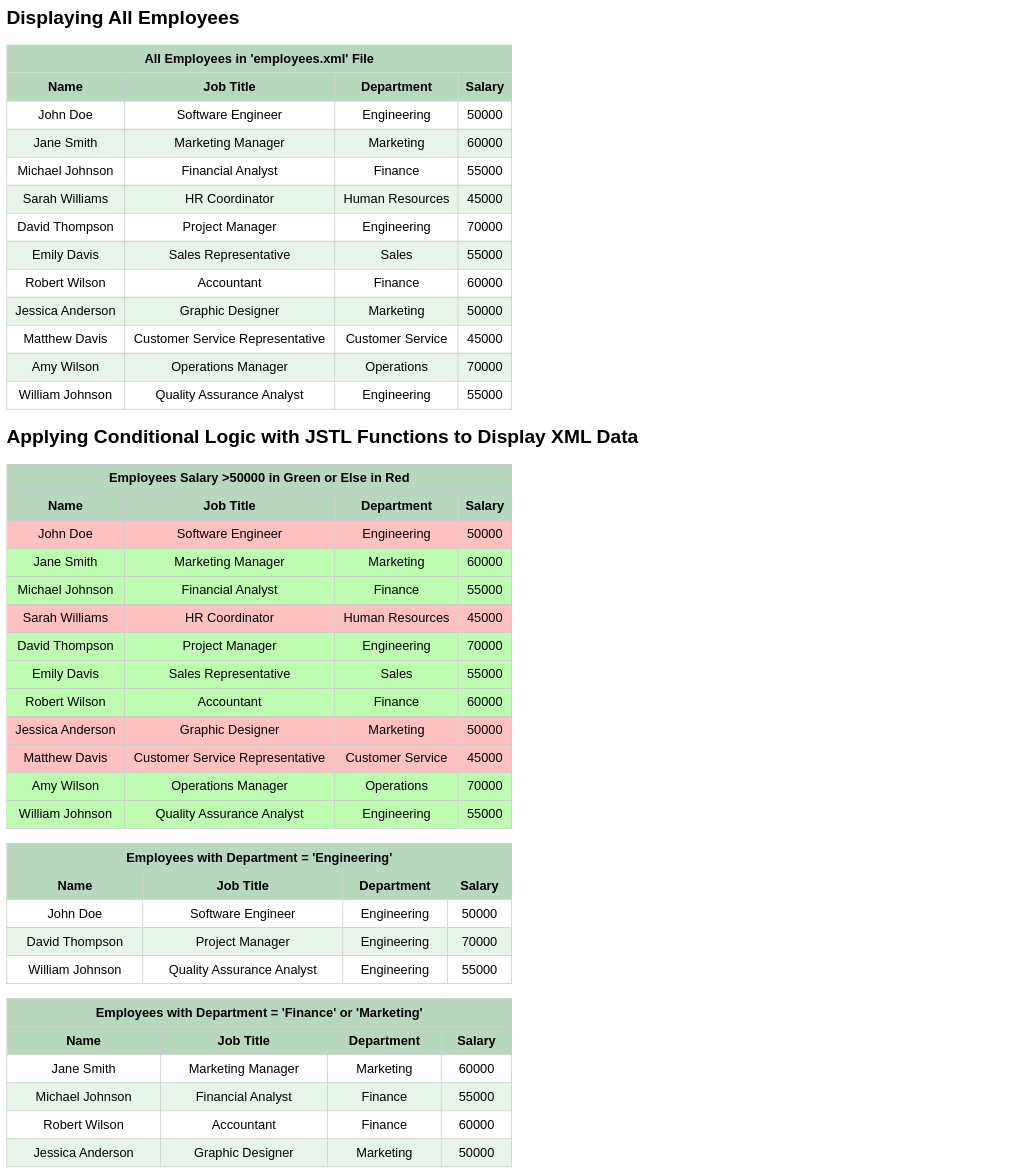
Repository: bkyncl/csd-430
Page: http://localhost/kyncl_mod9/
An editor plug-in stored every save of this project. The page is shown before and after the next save, followed by the edit.
The browser window is 1280 px wide. The pictures show the whole page, at 80% of full size.
The page is served by Tomcat 9.

Above is the page before, as saved 2023-07-05 06:40:37.

### kyncl_mod9/src/main/webapp/index.jsp
<%--
index.jsp
Module 9 assignment
Name: Brittany Kyncl
Date: 7.5.22
Course: CSD430
File to example the usage the usage of JSTL and XPath to parse XML data,
iterate over XML elements, apply conditional logic, and display the data in with customized styling.
Context purpose is to parse the XML file 'employees.xml' containing
employees data, and display it in tabular format. The file incorporates JSTL tags and functions
to manipulate the XML data and apply conditional logic for displaying the data based on various criteria.

--%>
<%@ page language="java" contentType="text/html; charset=ISO-8859-1" pageEncoding="ISO-8859-1"%>
<%@taglib uri="http://java.sun.com/jsp/jstl/core" prefix="c"%>
<%@taglib uri="http://java.sun.com/jsp/jstl/xml" prefix="x"%>
<html>
<head>
	<title>Parsing employees.xml</title>
	<link rel="stylesheet" type="text/css" href="styles.css">
</head>
<body>
	<c:import url="employees.xml" var="employeeData"/>
	<x:parse doc="${employeeData}" var="dom"/>

	<h2>Displaying All Employees</h2>
	<table border="1">
		<tr>
			<th colspan="4">All Employees in 'employees.xml' File</th>
		</tr>
		<tr>
			 <th>Name</th>
			 <th>Job Title</th>
			 <th>Department</th>
			 <th>Salary</th>
		</tr>
		<x:forEach var="employee" select="$dom/employees/employee">
		<%-- Displaying the details of each employee --%>
		<tr>
		  	<td><x:out select="$employee/name"/></td>
			<td><x:out select="$employee/jobTitle"/></td>
			<td><x:out select="$employee/department"/></td>
			<td><x:out select="$employee/salary"/></td>

		</x:forEach>
	</table>

	<h2>Applying Conditional Logic with JSTL Functions to Display XML Data</h2>
	<table border="1">
	    <tr>
	        <th colspan="4">Employees Salary >50000 in Green or Else in Red</th>
	    </tr>
	    <tr>
	        <th>Name</th>
	        <th>Job Title</th>
	        <th>Department</th>
	        <th>Salary</th>
	    </tr>
	    <x:forEach var="employee" select="$dom/employees/employee">
	        <x:choose>
	        	<%-- Applying styling to employees with salary > 50000 --%>
	            <x:when select="$employee/salary>50000">
	                <tr style="background-color: #BDFCB1;">
	                    <td><x:out select="$employee/name"/></td>
	                    <td><x:out select="$employee/jobTitle"/></td>
	                    <td><x:out select="$employee/department"/></td>
	                    <td><x:out select="$employee/salary"/></td>
	                </tr>
	            </x:when>
	            <%-- Applying styling to employees with salary <= 50000 --%>
	            <x:when select="$employee/salary<=50000">
	                <tr style="background-color: #FFC0C0;">
	                    <td><x:out select="$employee/name"/></td>
	                    <td><x:out select="$employee/jobTitle"/></td>
	                    <td><x:out select="$employee/department"/></td>
	                    <td><x:out select="$employee/salary"/></td>
	                </tr>
	            </x:when>
	            <%-- Displaying employees without any styling for otherwise clause (just in case conditions not met) --%>
	            <x:otherwise>
	                <tr>
	                    <td><x:out select="$employee/name"/></td>
	                    <td><x:out select="$employee/jobTitle"/></td>
	                    <td><x:out select="$employee/department"/></td>
	                    <td><x:out select="$employee/salary"/></td>
	                </tr>
	            </x:otherwise>
	        </x:choose>
	    </x:forEach>
	</table>
    <br>
    <table border="1">
	    <tr>
	        <th colspan="4">Employees with Department = 'Engineering'</th>
	    </tr>
	    <tr>
	        <th>Name</th>
	        <th>Job Title</th>
	        <th>Department</th>
	        <th>Salary</th>
	    </tr>
	    <x:forEach var="employee" select="$dom/employees/employee">
	        <x:choose>
	        	<%-- Filtering and displaying employees with the department value 'Engineering' --%>
	            <x:when select="$employee/department='Engineering'">
	                <tr>
	                    <td><x:out select="$employee/name"/></td>
	                    <td><x:out select="$employee/jobTitle"/></td>
	                    <td><x:out select="$employee/department"/></td>
	                    <td><x:out select="$employee/salary"/></td>
	                </tr>
	            </x:when>
	        </x:choose>
	    </x:forEach>
	</table>
	<br>
	<table border="1">
	    <tr>
	        <th colspan="4">Employees with Department = 'Finance' or 'Marketing'</th>
	    </tr>
	    <tr>
	        <th>Name</th>
	        <th>Job Title</th>
	        <th>Department</th>
	        <th>Salary</th>
	    </tr>
	    <x:forEach var="employee" select="$dom/employees/employee">
	        <x:choose>
	        	<%-- Filtering and displaying employees with the department values 'Finance' or 'Marketing' --%>
	            <x:when select="$employee/department='Finance' or $employee/department='Marketing'">
	                <tr>
	                    <td><x:out select="$employee/name"/></td>
	                    <td><x:out select="$employee/jobTitle"/></td>
	                    <td><x:out select="$employee/department"/></td>
	                    <td><x:out select="$employee/salary"/></td>
	                </tr>
	            </x:when>
	        </x:choose>
	    </x:forEach>
	</table>
</body>
</html>

### kyncl_mod9/src/main/webapp/employees.xml
<?xml version="1.0" encoding="UTF-8"?>
<employees>
  <employee>
    <name>John Doe</name>
    <jobTitle>Software Engineer</jobTitle>
    <department>Engineering</department>
    <salary>50000</salary>
  </employee>
  <employee>
    <name>Jane Smith</name>
    <jobTitle>Marketing Manager</jobTitle>
    <department>Marketing</department>
    <salary>60000</salary>
  </employee>
  <employee>
    <name>Michael Johnson</name>
    <jobTitle>Financial Analyst</jobTitle>
    <department>Finance</department>
    <salary>55000</salary>
  </employee>
  <employee>
    <name>Sarah Williams</name>
    <jobTitle>HR Coordinator</jobTitle>
    <department>Human Resources</department>
    <salary>45000</salary>
  </employee>
  <employee>
    <name>David Thompson</name>
    <jobTitle>Project Manager</jobTitle>
    <department>Engineering</department>
    <salary>70000</salary>
  </employee>
  <employee>
    <name>Emily Davis</name>
    <jobTitle>Sales Representative</jobTitle>
    <department>Sales</department>
    <salary>55000</salary>
  </employee>
  <employee>
    <name>Robert Wilson</name>
    <jobTitle>Accountant</jobTitle>
    <department>Finance</department>
    <salary>60000</salary>
  </employee>
  <employee>
    <name>Jessica Anderson</name>
    <jobTitle>Graphic Designer</jobTitle>
    <department>Marketing</department>
    <salary>50000</salary>
  </employee>
  <employee>
    <name>Matthew Davis</name>
    <jobTitle>Customer Service Representative</jobTitle>
    <department>Customer Service</department>
    <salary>45000</salary>
  </employee>
  <employee>
    <name>Amy Wilson</name>
    <jobTitle>Operations Manager</jobTitle>
    <department>Operations</department>
    <salary>70000</salary>
  </employee>
  <employee>
    <name>William Johnson</name>
    <jobTitle>Quality Assurance Analyst</jobTitle>
    <department>Engineering</department>
    <salary>55000</salary>
  </employee>
</employees>

### kyncl_mod9/src/main/webapp/styles.css
/* Table styles */
body {
  font-family: Arial, sans-serif;
}
table {
  width: 50%;
  border-collapse: collapse;
}
table tr:nth-child(even) {
  background-color: #e8f4ea; /* Replace with your desired color */
}

table th, table td {
  padding: 8px;
  text-align: center;
  border: 1px solid #ccc;
}

table th {
  background-color: #b8d8be;
}

After the next save:
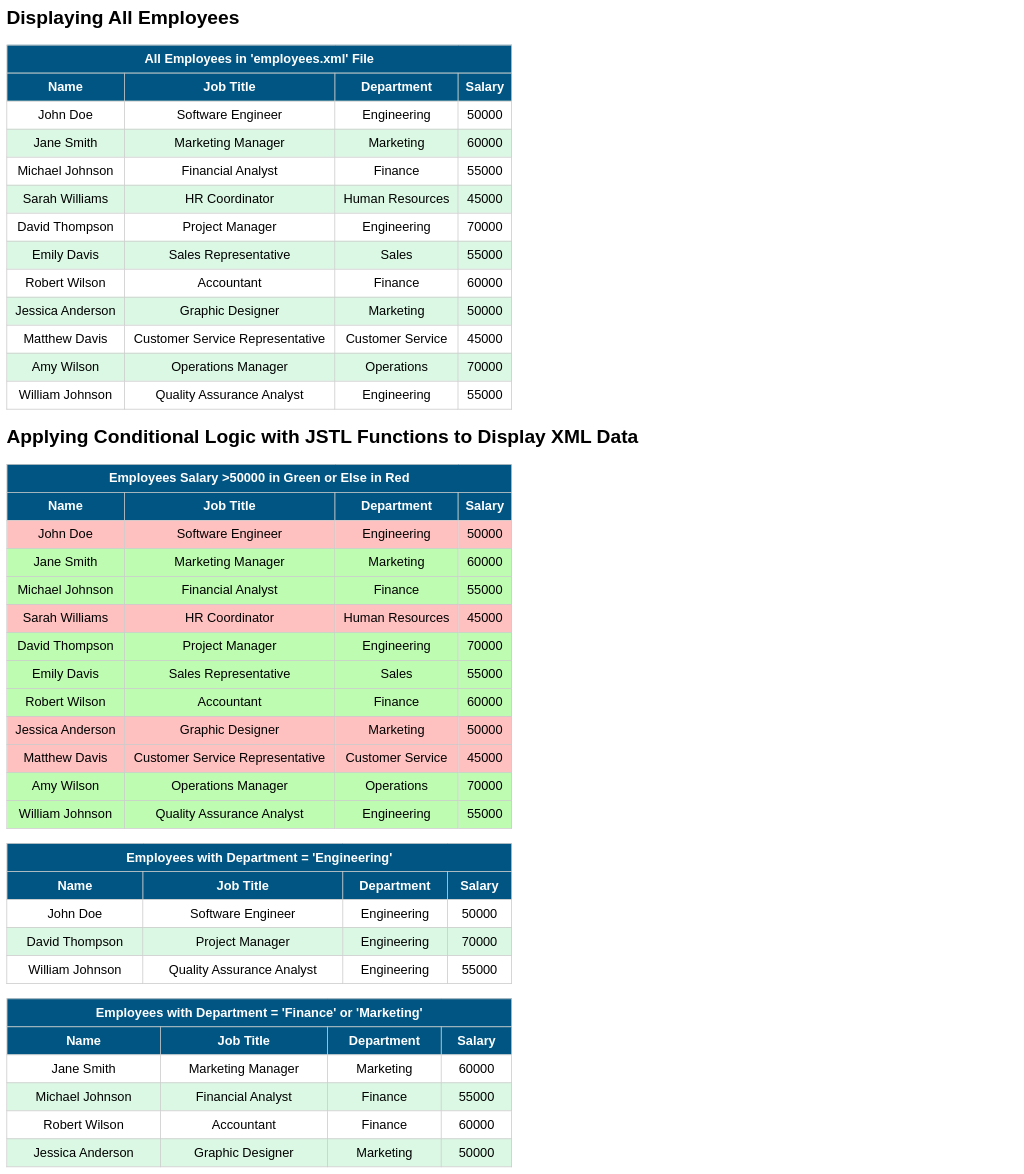
Saved 54 s later.
--- a/kyncl_mod9/src/main/webapp/styles.css
+++ b/kyncl_mod9/src/main/webapp/styles.css
@@ -7,7 +7,7 @@ table {
   border-collapse: collapse;
 }
 table tr:nth-child(even) {
-  background-color: #e8f4ea; /* Replace with your desired color */
+  background-color: #daf8e3; /* Replace with your desired color */
 }
 
 table th, table td {
@@ -17,5 +17,6 @@ table th, table td {
 }
 
 table th {
-  background-color: #b8d8be;
+  background-color: #005582;
+  color: #fff;
 }
